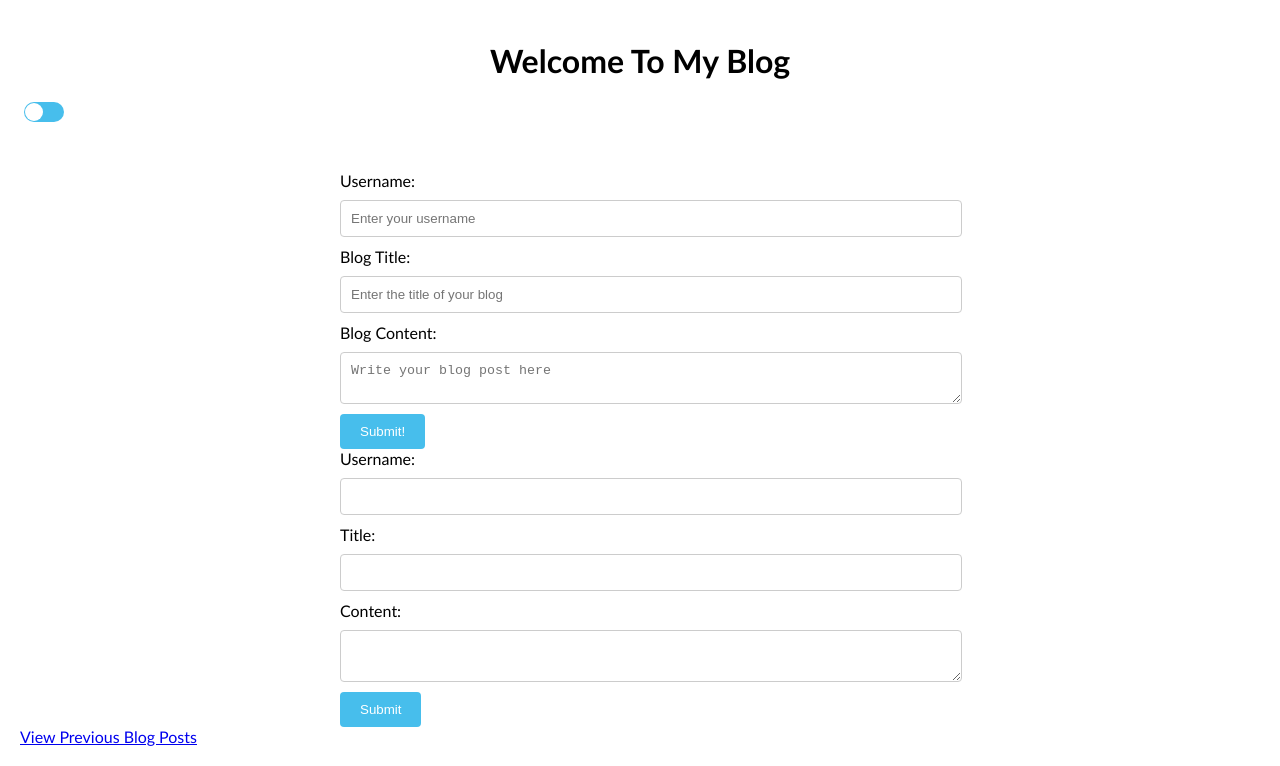
Repository: PaigeC001/WeatherOutlookTracker
Page: Challenge-4/index.html
These files come from the project's save history. The page is drawn as it stood at one moment and after the next save; the edit follows.
The browser window is 1280 px wide. The pictures show the whole page.

Above is the page before, as saved 2024-06-25 23:31:08.
Console error: SyntaxError: Identifier 'form' has already been declared

After the next save:
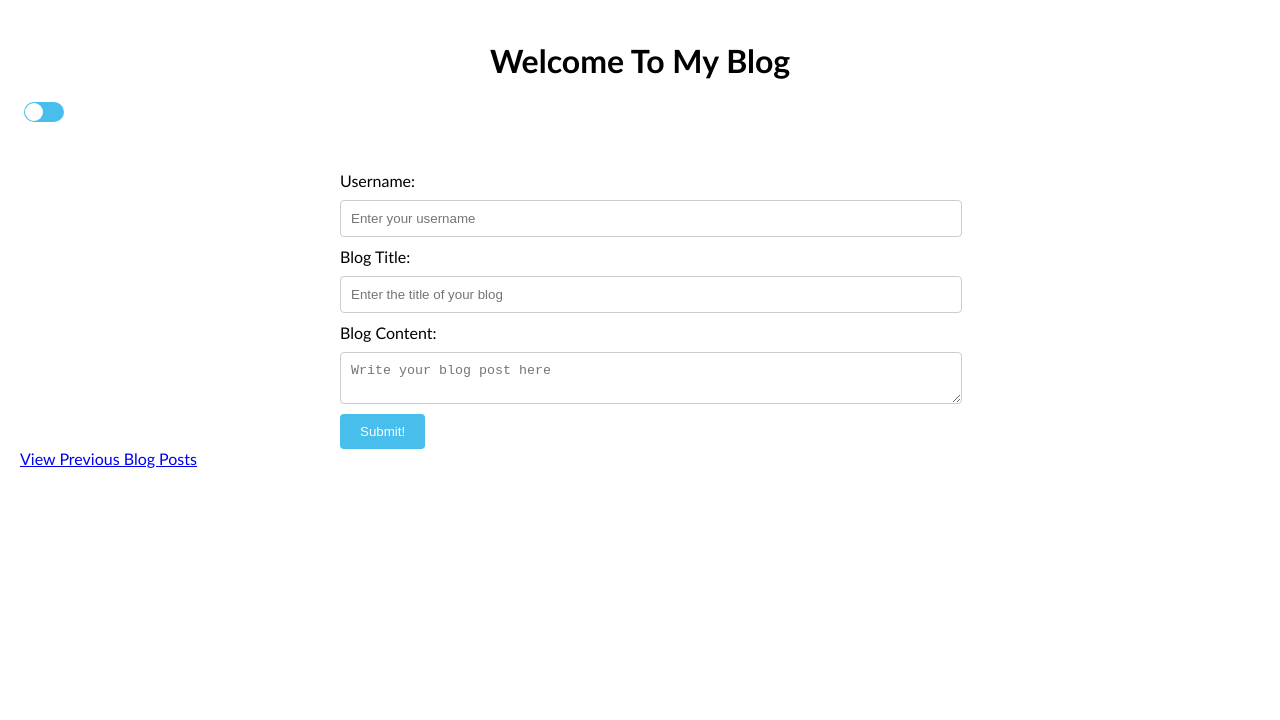
Console error: TypeError: Cannot read properties of null (reading 'addEventListener')
Saved 53 s later.
--- a/Challenge-4/index.html
+++ b/Challenge-4/index.html
@@ -23,20 +23,6 @@
 
     <button type="submit">Submit!</button>
   </form>
-
-  <form id="blogPostForm">
-    <!-- form content goes here -->
-    <label for="username">Username:</label>
-    <input type="text" id="username">
-
-    <label for="blogTitle">Title:</label>
-    <input type="text" id="blogTitle">
-
-    <label for="blogContent">Content:</label>
-    <textarea id="blogContent"></textarea>
-
-    <button type="submit">Submit</button>
-</form>
 
   <script>
     // Add a new blog post and redirect to the second HTML page
